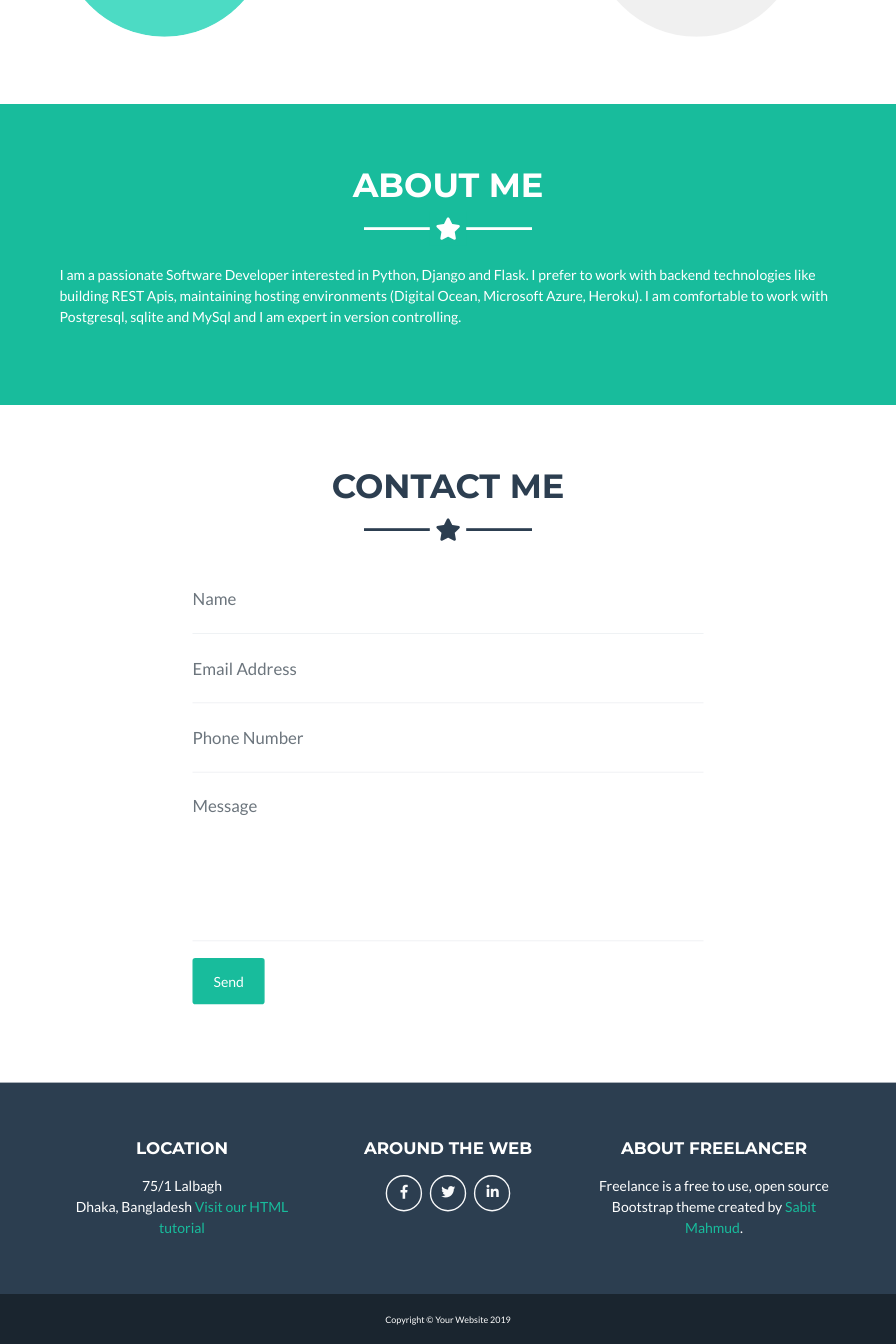
Repository: SabitDeepto/portfolio
Page: index.html
An editor plug-in stored every save of this project. The page is shown before and after the next save, followed by the edit.
The browser window is 1280 px wide. The pictures show the part of the page from y = 1602 to 3522 px (the page is 3522 px tall), at 70% of full size.

Above is the page before, as saved 2019-04-05 12:18:29.

After the next save:
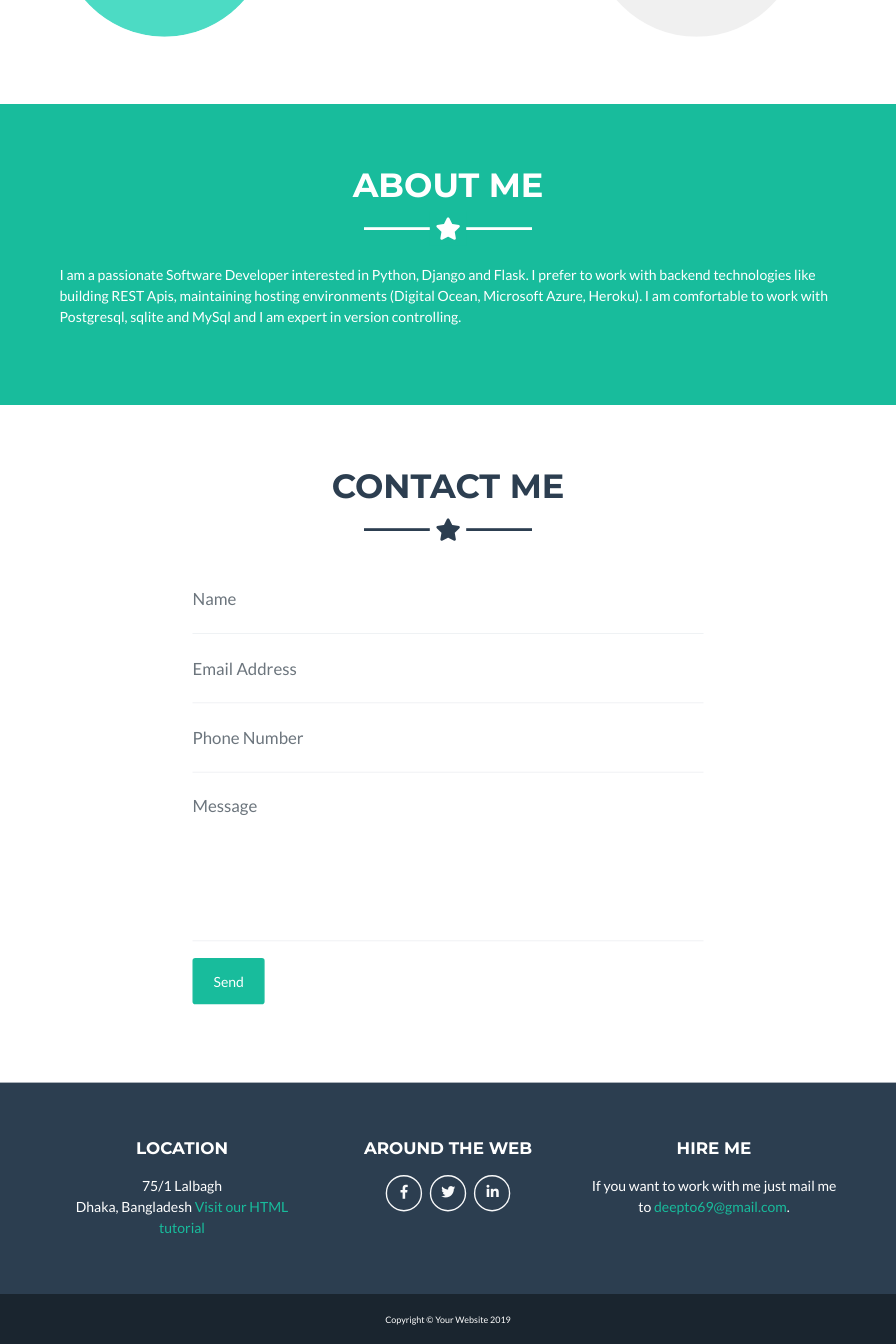
Saved 3 min 29 s later.
--- a/index.html
+++ b/index.html
@@ -238,9 +238,9 @@
           </ul>
         </div>
         <div class="col-md-4">
-          <h4 class="text-uppercase mb-4">About Freelancer</h4>
-          <p class="lead mb-0">Freelance is a free to use, open source Bootstrap theme created by
-            <a href="http://startbootstrap.com">Sabit Mahmud</a>.</p>
+          <h4 class="text-uppercase mb-4">Hire Me</h4>
+          <p class="lead mb-0">If you want to work with me just mail me to
+            <a href="#">deepto69@gmail.com</a>.</p>
         </div>
       </div>
     </div>
